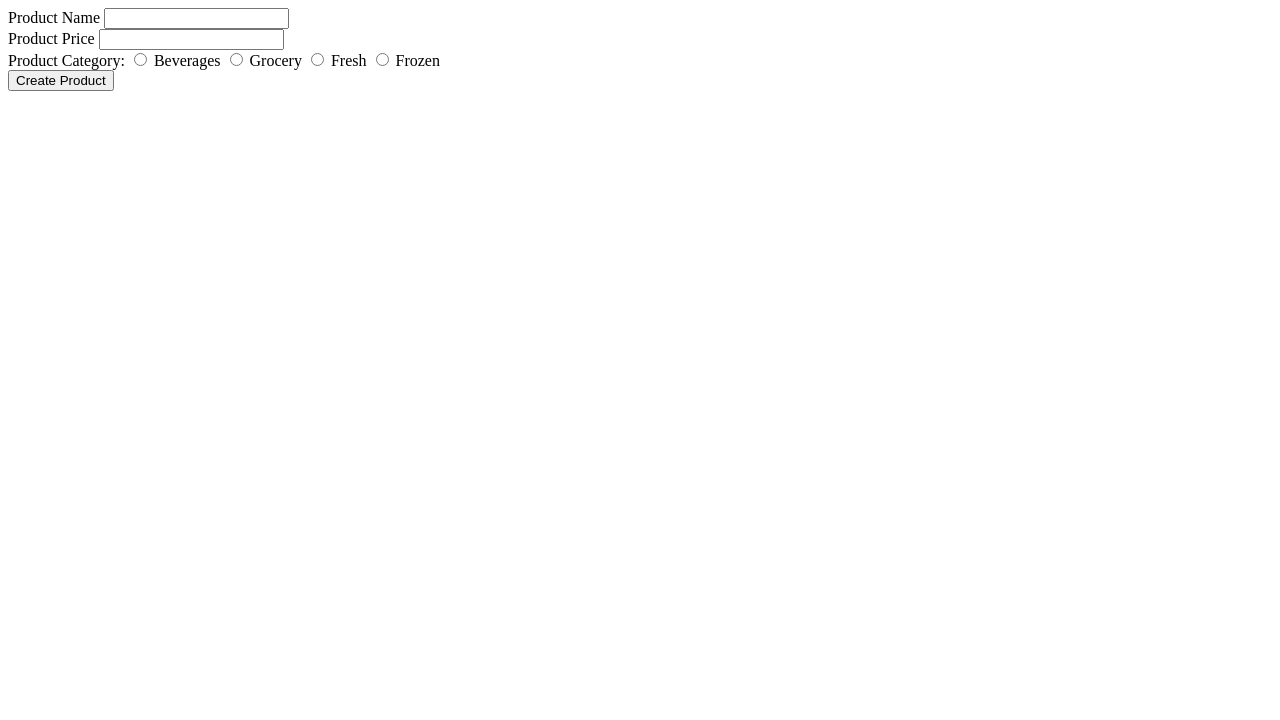
Repository: UrinduYatawakaa/OOP_project
Page: http://localhost/ProductDemo/ProductInsert.jsp
An editor plug-in stored every save of this project. The page is shown before and after the next save, followed by the edit.
The browser window is 1280 px wide. The pictures show the whole page.
The page is served by Tomcat 9.

Above is the page before, as saved 2023-10-25 09:37:32.

After the next save:
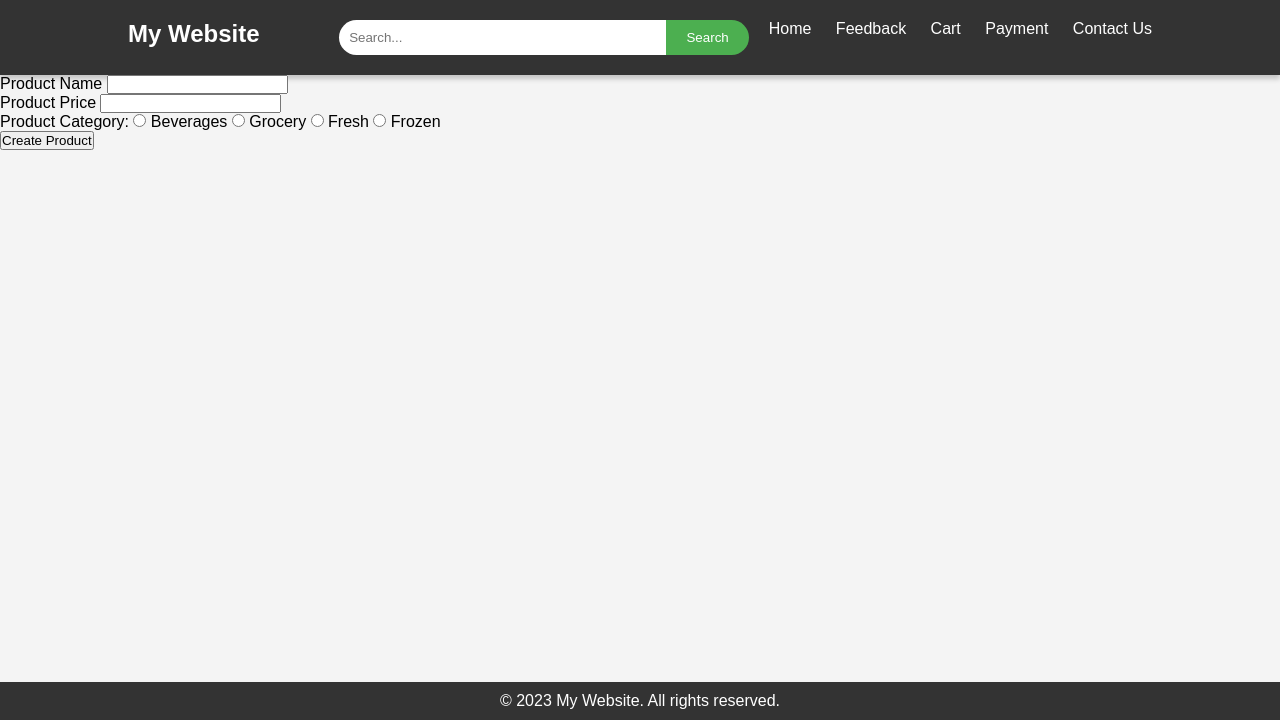
Saved 14 min 47 s later.
--- a/oop project/ProductDemo/src/main/webapp/ProductInsert.jsp
+++ b/oop project/ProductDemo/src/main/webapp/ProductInsert.jsp
@@ -3,10 +3,35 @@
 <!DOCTYPE html>
 <html>
 <head>
-<meta charset="ISO-8859-1">
+	<meta charset="UTF-8">
+    <meta name="viewport" content="width=device-width, initial-scale=1.0">
+    <link rel="stylesheet" href="css/stylesheader.css" type="text/css">
+    <link rel="stylesheet" href="css/stylesHomepage.css" type="text/css">
+    <title>Simple Header and Footer</title>
 <title>Insert title here</title>
 </head>
 <body>
+    <header>
+        <div class="container">
+            <h1>My Website</h1>
+            <nav>
+                <ul>
+                    <li><a href="#">Home</a></li>
+                    <li><a href="#">Feedback</a></li>
+                    <li><a href="#">Cart</a></li>
+                    <li><a href="#">Payment</a></li>
+                    <li><a href="#">Contact Us</a></li>
+                </ul>
+            </nav>
+            <div class="search-bar">
+                <form action="log" method="post">
+                    <input type="text" name="ProductName" placeholder="Search...">
+                    <input type="submit" name="submit" value="Search">
+                </form>
+            </div>
+
+        </div>
+    </header>
 
 	<form action="insert" method="post">
 		Product Name <input type="text" name="name"><br>
@@ -20,5 +45,12 @@
 	    <input type="submit" name="submit" value="Create Product">
 		</form>
 
+
+    <footer>
+        <div class="container">
+            <p>&copy; 2023 My Website. All rights reserved.</p>
+        </div>
+    </footer>
+
 </body>
 </html>
